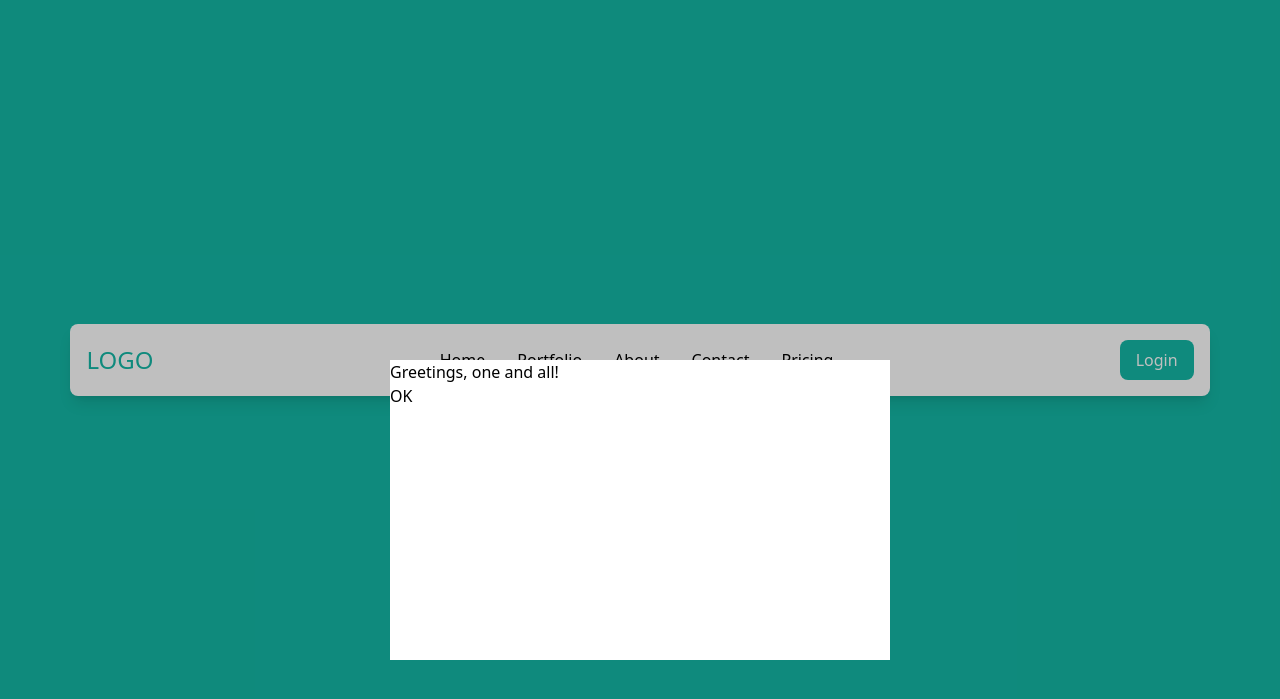
Repository: DevAntonioRogers/react-modal-with-dialog
Page: /, after clicking the first element matching `button.px-4`
An editor plug-in stored every save of this project. The page is shown before and after the next save, followed by the edit.
The browser window is 1280 px wide. The pictures show the whole page.
The project was rebuilt for these pictures with package versions that can differ from the ones it lists, and the page was loaded fresh each time. Also part of the build but not shown: vite.config.ts.

Above is the page before, as saved 2023-05-10 09:19:03.

### src/App.tsx
import { useState } from "react";

function App() {
  const [showModal, setShowModal] = useState(false);

  return (
    <>
      <div className="flex items-center justify-center w-screen h-screen bg-teal-500 relative">
        <nav className="flex justify-between items-center p-4 w-[89%] bg-white m-auto rounded-lg shadow-lg">
          <div>
            <h1 className="text-2xl text-teal-500">LOGO</h1>
          </div>

          <ul className="flex items-center gap-8">
            <li>
              <a href="#">Home</a>
            </li>
            <li>
              <a href="#">Portfolio</a>
            </li>
            <li>
              <a href="#">About</a>
            </li>
            <li>
              <a href="#">Contact</a>
            </li>
            <li>
              <a href="#">Pricing</a>
            </li>
          </ul>

          <button
            onClick={() => setShowModal(!showModal)}
            className="px-4 py-2 bg-teal-500 text-white rounded-lg cursor-pointer"
          >
            Login
          </button>
        </nav>
        {showModal && (
          <div
            onClick={() => setShowModal(false)}
            className="absolute w-screen h-screen bg-black/25 flex justify-center items-center"
          >
            <div onClick={(e) => e.stopPropagation}>
              <dialog open className="w-[500px] h-[300px]">
                <p>Greetings, one and all!</p>
                <form method="dialog">
                  <button>OK</button>
                </form>
              </dialog>
            </div>
          </div>
        )}
      </div>
    </>
  );
}

export default App;

Loaded but not shown: index.html (common file); src/main.tsx (common file); src/index.css (common file); tailwind.config.js (common file)

After the next save:
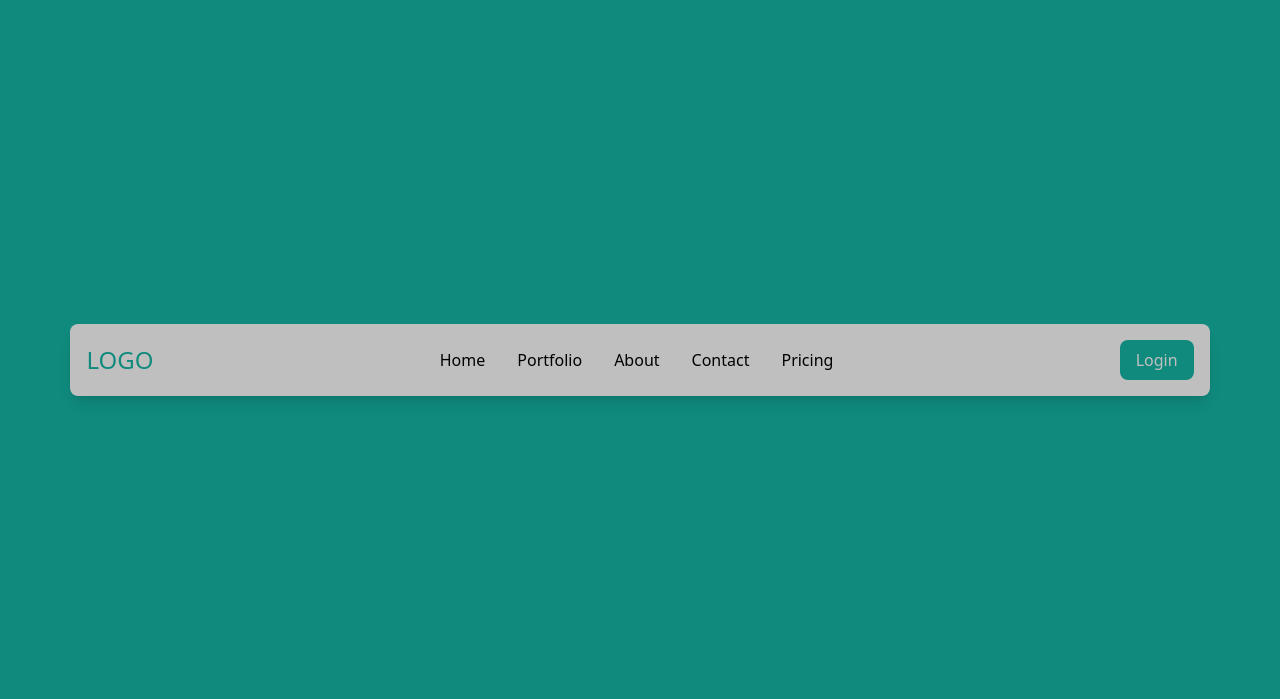
Saved 37 s later.
--- a/src/App.tsx
+++ b/src/App.tsx
@@ -42,7 +42,7 @@
             className="absolute w-screen h-screen bg-black/25 flex justify-center items-center"
           >
             <div onClick={(e) => e.stopPropagation}>
-              <dialog open className="w-[500px] h-[300px]">
+              <dialog className="w-[500px] h-[300px]">
                 <p>Greetings, one and all!</p>
                 <form method="dialog">
                   <button>OK</button>

After the save that followed:
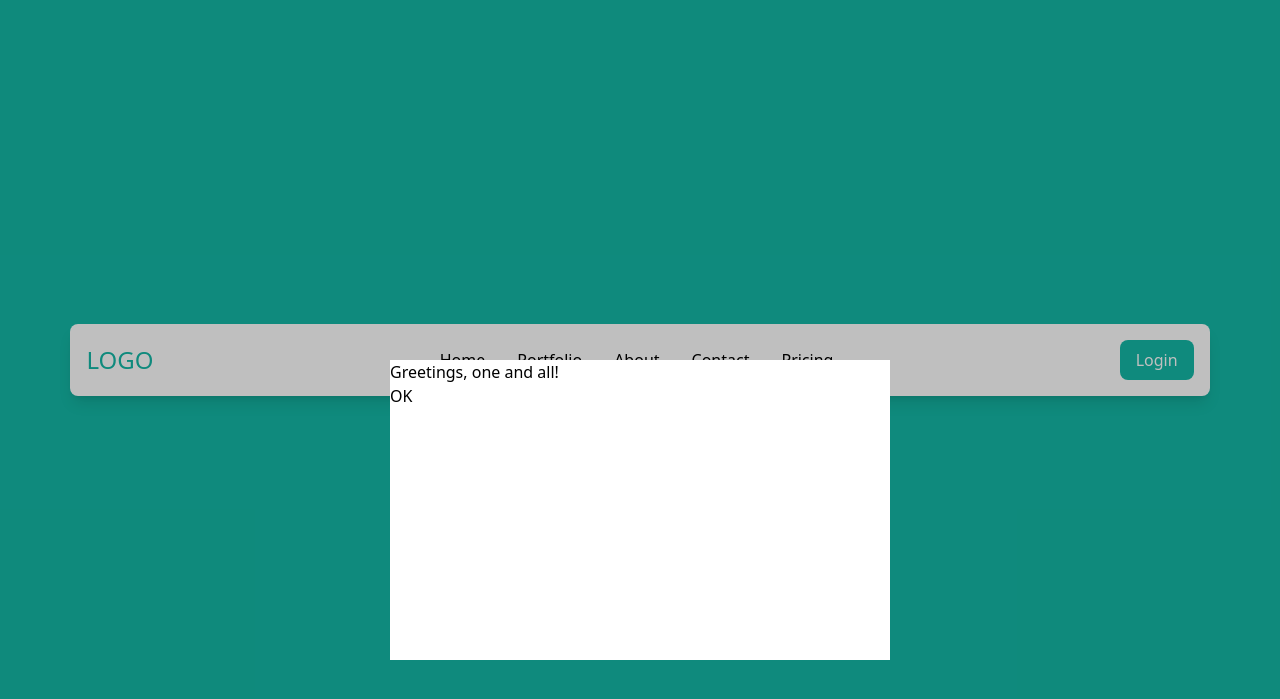
Saved 7 s later.
--- a/src/App.tsx
+++ b/src/App.tsx
@@ -42,7 +42,7 @@
             className="absolute w-screen h-screen bg-black/25 flex justify-center items-center"
           >
             <div onClick={(e) => e.stopPropagation}>
-              <dialog className="w-[500px] h-[300px]">
+              <dialog open className="w-[500px] h-[300px]">
                 <p>Greetings, one and all!</p>
                 <form method="dialog">
                   <button>OK</button>
